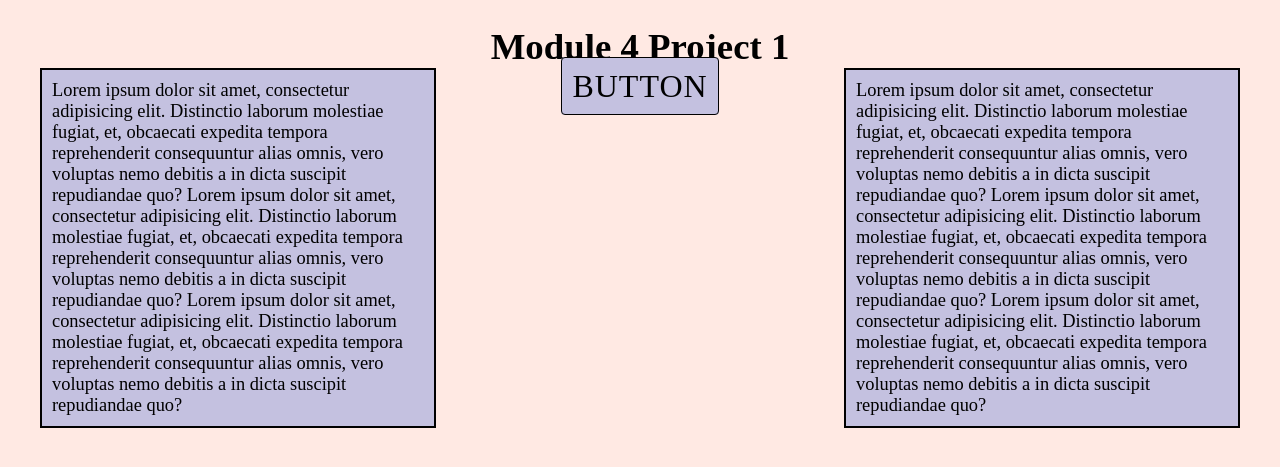
Repository: mlmEFSC21/P6-External-Style-Sheet
Page: index.html
The author's editor kept a copy of each file at every save. The page is drawn from the files as they stood at one save, then again after the next save.
The browser window is 1280 px wide. The pictures show the whole page.

Above is the page before, as saved 2022-02-13 17:31:39.

After the next save:
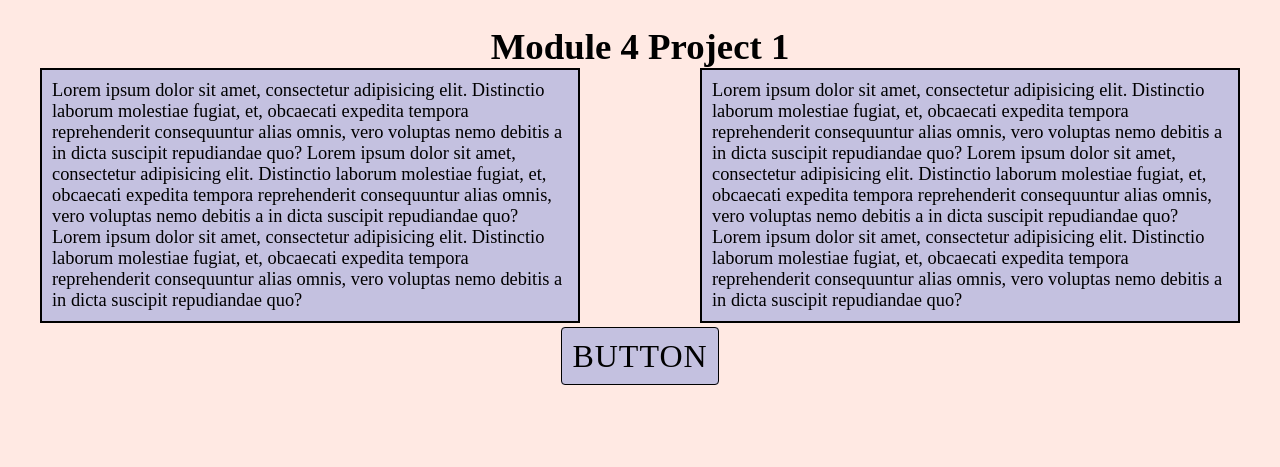
Saved 13 s later.
--- a/Styles.css
+++ b/Styles.css
@@ -38,7 +38,7 @@ p {
 }
 .p1,
 .p2 {
-    max-width: 33%;
+    max-width: 45%;
 }
 .floatContainer::after {
     content: "";
